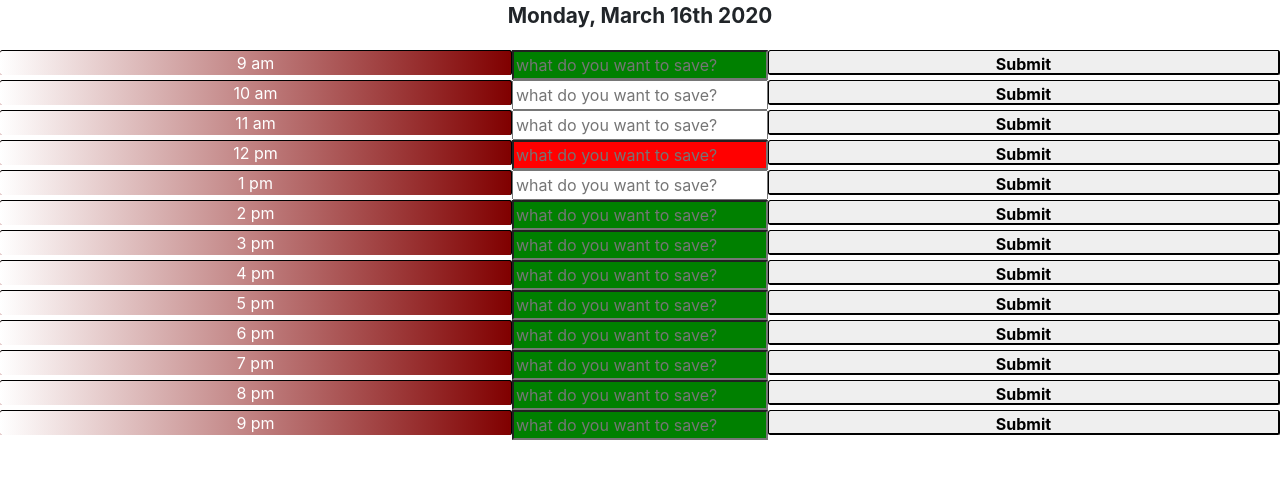
Repository: kkyler24/DayPlanner
Page: Index.html
These files come from the project's save history. The page is drawn as it stood at one moment and after the next save; the edit follows.
The browser window is 1280 px wide. The pictures show the whole page.
Some web libraries are served in a nearby version.

Above is the page before, as saved 2020-03-29 22:21:02.
Console error: ReferenceError: array is not defined

### Index.html
<!DOCTYPE html>
<html lang="en">
<head>
    <meta charset="UTF-8">
    <meta name="viewport" content="width=device-width, initial-scale=1.0">
    <!-- Style Sheets -->
    <link rel="stylesheet" href="https://maxcdn.bootstrapcdn.com/bootstrap/4.0.0/css/bootstrap.min.css" integrity="sha384-Gn5384xqQ1aoWXA+058RXPxPg6fy4IWvTNh0E263XmFcJlSAwiGgFAW/dAiS6JXm" crossorigin="anonymous">
    <link rel="stylesheet" type="text/CSS" href="Assets/todocss/todostyles.css">
    <link rel="stylesheet"  type="text/CSS" href="style.css">
    <title>Planner</title>
</head>
<body>
<Main>

<!--Todolist todo list Set up -->
<Div style="display: none">
<Section>
    <div id="ContainerTodo">
        <H1>Today's To-Do List</H1>
        <input type="text">
        <ul>
            <li><span>X</span> Go to Gym</li>
            <li><span>X</span> Finish H.W</li>
            <li><span>X</span> Take over the World</li>
        </ul>


         </div>
 <!-- calendar set up -->
    <div class="container col-sm-4 col-md-7 col-lg-4 mt-5">
        <div class="card">
            <h3 class="card-header" id="monthAndYear"></h3>
            <table class="table table-bordered table-responsive-md" id="calendar">
                <thead>
                <tr>
                    <th>Sun</th>
                    <th>Mon</th>
                    <th>Tue</th>
                    <th>Wed</th>
                    <th>Thu</th>
                    <th>Fri</th>
                    <th>Sat</th>
                </tr>
                </thead>

                <tbody id="calendar-body">

                </tbody>
            </table>

            <div class="form-inline">

                <button class="btn btn-outline-primary col-sm-6" id="previous" onclick="previous()">Previous</button>

                <button class="btn btn-outline-primary col-sm-6" id="next" onclick="next()">Next</button>
            </div>
            <br/>
            <form class="form-inline">
                <label class="lead mr-2 ml-2" for="month">Jump To: </label>
                <select class="form-control col-sm-4" name="month" id="month" onchange="jump()">
                    <option value=0>Jan</option>
                    <option value=1>Feb</option>
                    <option value=2>Mar</option>
                    <option value=3>Apr</option>
                    <option value=4>May</option>
                    <option value=5>Jun</option>
                    <option value=6>Jul</option>
                    <option value=7>Aug</option>
                    <option value=8>Sep</option>
                    <option value=9>Oct</option>
                    <option value=10>Nov</option>
                    <option value=11>Dec</option>
                </select>


                <label for="year"></label><select class="form-control col-sm-4" name="year" id="year" onchange="jump()">

                <option value=2020>2020</option>
                <option value=2021>2021</option>
                <option value=2022>2022</option>
                <option value=2023>2023</option>
                <option value=2024>2024</option>
                <option value=2025>2025</option>
                <option value=2026>2026</option>
                <option value=2027>2027</option>
                <option value=2028>2028</option>
                <option value=2029>2029</option>
                <option value=2030>2030</option>
                <option value=2030>2030</option>
                <option value=2030>2030</option>
                <option value=2030>2030</option>
                <option value=2030>2030</option>
            </select></form>
        </div>
    </div>
    <!--<button name="jump" onclick="jump()">Go</button>-->
</sectiontwo>

<!-- <----Scheduler -->
</Div>
<div id="date"></div>
<div>
    <form onsubmit="timeSubmit(event)">
    <div class="column-small left">9 am</div>
    <input class="column-large middle" placeholder="what do you want to save?"/>
    <button type="submit" class="column-small right button"><strong>Submit</strong></button>
    </form>
    <form onsubmit="timeSubmit(event)">
    <div class="column-small left">10 am</div>
    <input class="column-large middle" placeholder="what do you want to save?">
    <button class="column-small right button"><strong>Submit</strong></button>
    </form>
    <form onsubmit="timeSubmit(event)">
    <div class="column-small left">11 am</div>
    <input class="column-large middle" placeholder="what do you want to save?">
    <button class="column-small right button"><strong>Submit</strong></button>
    </form>
    <form onsubmit="timeSubmit(event)">
    <div class="column-small left">12 pm</div>
    <input class="column-large middle" placeholder="what do you want to save?">
    <button class="column-small right button"><strong>Submit</strong></button>
    </form>
    <form onsubmit="timeSubmit(event)">
    <div class="column-small left">1 pm</div>
    <input class="column-large middle" placeholder="what do you want to save?">
    <button class="column-small right button"><strong>Submit</strong></button>
    </form>
    <form onsubmit="timeSubmit(event)">
    <div class="column-small left">2 pm</div>
    <input class="column-large middle" placeholder="what do you want to save?">
    <button class="column-small right button"><strong>Submit</strong></button>
    </form>
    <form onsubmit="timeSubmit(event)">
    <div class="column-small left">3 pm</div>
    <input class="column-large middle" placeholder="what do you want to save?">
    <button class="column-small right button"><strong>Submit</strong></button>
    </form>
    <form onsubmit="timeSubmit(event)">
    <div class="column-small left">4 pm</div>
    <input class="column-large middle" placeholder="what do you want to save?">
    <button class="column-small right button"><strong>Submit</strong></button>
    </form>
    <form onsubmit="timeSubmit(event)">
    <div class="column-small left">5 pm</div>
    <input class="column-large middle" placeholder="what do you want to save?">
    <button class="column-small right button"><strong>Submit</strong></button>
    </form>
    <form onsubmit="timeSubmit(event)">
    <div class="column-small left">6 pm</div>
    <input class="column-large middle" placeholder="what do you want to save?">
    <button class="column-small right button"><strong>Submit</strong></button>
    </form>
    <form onsubmit="timeSubmit(event)">
    <div class="column-small left">7 pm</div>
    <input class="column-large middle" placeholder="what do you want to save?">
    <button class="column-small right button"><strong>Submit</strong></button>
    </form>
    <form onsubmit="timeSubmit(event)">
    <div class="column-small left">8 pm</div>
    <input class="column-large middle" placeholder="what do you want to save?">
    <button class="column-small right button"><strong>Submit</strong></button>
    </form>
    <form onsubmit="timeSubmit(event)">
    <div class="column-small left">9 pm</div>
    <input class="column-large middle" placeholder="what do you want to save?">
    <button class="column-small right button"><strong>Submit</strong></button>
    </form>
      </div>

    </Div>
</Div>

</Main>

<script src="https://code.jquery.com/jquery-3.2.1.slim.min.js" integrity="sha384-KJ3o2DKtIkvYIK3UENzmM7KCkRr/rE9/Qpg6aAZGJwFDMVNA/GpGFF93hXpG5KkN" crossorigin="anonymous"></script>
<script src="https://cdnjs.cloudflare.com/ajax/libs/popper.js/1.12.9/umd/popper.min.js" integrity="sha384-ApNbgh9B+Y1QKtv3Rn7W3mgPxhU9K/ScQsAP7hUibX39j7fakFPskvXusvfa0b4Q" crossorigin="anonymous"></script>
<script src="https://maxcdn.bootstrapcdn.com/bootstrap/4.0.0/js/bootstrap.min.js" integrity="sha384-JZR6Spejh4U02d8jOt6vLEHfe/JQGiRRSQQxSfFWpi1MquVdAyjUar5+76PVCmYl" crossorigin="anonymous"></script>
<script <script src="https://cdnjs.cloudflare.com/ajax/libs/moment.js/2.24.0/moment.min.js"></script>
<script type="text/javascript" src="javascript.js"></script>
<script type="text/javascript" src="Assets/todo JS/todo.js"></script>
</body>
</html>

### Assets/todocss/todostyles.css
/* #ContainerTodo{
  border: 2px solid teal ;
  border-radius:10px ;
  width: 400px;
  margin-top:3rem;
  margin-left:200px ;
  float: left;

} */


Planner

.past{
  background-color: grey;
}
.present {
  background-color: red;
}
.future {
  background-color: green;
}
.column-small {
  flex-grow: 1;
  display: inline-block;
  text-align: center;
  height: 25px;
  width: 25px;
  border-top: 1px solid black;
  border-radius: 2.5px;
}
.column-large {
  flex-grow: 10;
  display: inline-block;
  text-align: center;
}
.left {
  border-right: 1px solid black;
  background-color: maroon;
  color: white;
  background-image: linear-gradient(to right, white, maroon);
}
.right {
  border-left: 1px solid black;
  cursor: pointer;
}
.middle {
  border-bottom: 1px solid black;
  background-color: beige;
}
#date {
  margin: auto;
  text-align: center;
  height: 50px;
  width: 50%;
  font-weight: bold;
  font-size: 1.3em;
}
form {
  display: flex;
}

### style.css
/* .container{
    margin-right: 150px;
    margin-top: 3rem;
    float: left;
    border: 2px solid teal;
    border-radius: 10px;
} */

### javascript.js
let today = new Date();
let currentMonth = today.getMonth();
let currentYear = today.getFullYear();
let selectYear = document.getElementById("year");
let selectMonth = document.getElementById("month");


let months = ["January", "February", "March", "April", "May", "June", "July", "August", "September", "October", "November", "December"];

let monthAndYear = document.getElementById("monthAndYear");
showCalendar(currentMonth, currentYear);

function showCalendar(month, year){

    let firstDay =(new Date(year, month)).getDay();
    let daysInMonth = 32- new Date(year, month, 32).getDate();

    // -->body of the Calendar<--
    let tbl = document.getElementById("calendar-body");


// -->clear previous cells, for new month<--
    tbl.innerHTML="";

    monthAndYear.innerHTML= months[months]+" "+ year;

    // --> create cells for Calendar<--
    let date = 1;
    for(let i = 0; i < 6; i++){
        let row  = document.createElement("tr");
        // --> creating table rows. not really sure about the 6 part. inquire why you need a 6 and not a 7-->

        // creating indivdual cells, and putting data in them.

        for(let j = 0; j < 7; j++){
            if(i===0 && j< firstDay){
                let cell = document.createElement("td");
                let cellText = document.createTextNode("");
                cell.appendChild(cellText);
                row.appendChild(cell);
            }
            else if(date > daysInMonth)
             { break;

        }
        else {
            let cell = document.createElement("td");
            let cellText = document.createTextNode(date);
            if(date ===today.getDate() && year === today.getFullYear() && month === today.getMonth()){
                cell.classList.add
                // --> bootstrap colors, try to get a wider variety of colors <--
                ("bg-info");
            }
            cell.appendChild(cellText);
            row.appendChild(cell);


        }
        date++;

        }

        tbl.appendChild(row);

    }

}

function previous(){
    currentYear =( currentMonth === 0)? currentYear -1 : currentYear;
    currentMonth = currentMonth === 0? 11:currentMonth-1;
    showCalendar(currentMonth, currentYear);
}

function next(){
    currentYear = (currentMonth ===11)? currentYear + 1: currentYear;
    currentMonth = (currentMonth + 1) % 12;
    showCalendar (currentMonth, currentYear);

}
// To do list set up

### Assets/todo JS/todo.js
// check off to do list items and change colors for different stages// in progress<--
$("li").dblclick(function () {
        if($(this).css("color") === "rgb(11, 209, 170)"){
            $(this).css({
                color: "gray",
                textDecoration: "line-through"
            });
        }
        else{
            $(this).css({
            color: "rgb(11, 209, 170)",
            textDecoration: "none",
            fontWeight: "bold"
        });
    }
});

$("li").click(function () {
    // if Li is grey how do we change it back to black?
    if($(this).css("color") === "rgb(128, 128, 128)"){
        $(this).css({
            color: "black",
            textDecoration: "none"
        });
    }
    else{
        $(this).css({
        color: "gray",
        textDecoration: "line-through"
    });
}
});

// --->planner<--

var date = document.getElementById("date");
var dateOfMonth = moment().date(String).local().format("dddd, MMMM Do YYYY");
var presentTime;
date.append(dateOfMonth);
var dataInput;
var key = new Object();
var newElement;
function timeSubmit(evt){
    evt.preventDefault();
    dataInput = evt.target.children[1].value;
    key[evt.target.children[0].innerText] = dataInput;
    localStorage.setItem(evt.target.innerText, dataInput);
    console.log(key);
}
var left = document.getElementsByClassName("left");
var timeArray = [...document.querySelectorAll('.left')];
var input = [...document.querySelectorAll('.middle')];

var presentTime = moment().format('h');

timeArray.forEach(function(element){
    var time = $(element);
    var times = time.siblings()[0];
    var text = time.html();
    if (text.length === 4){
        text = text.slice(0,1);
    } else if
    (text.length === 5){
        text = text.slice(0,2);
    }
    if (text > presentTime){
        times.setAttribute("class", "future");
    } else if (text < presentTime){
        times.setAttribute("class", "past");
    } else if (text === presentTime){
        times.setAttribute("class", "present");
    }
})
array.forEach(function(element){
    var text = element.innerHTML;
    if (text.length === 4){
        text = text.slice(0,1);
    } else if
    (text.length === 5){
        text = text.slice(0,2);
    }
    if (text > presentTime){

    }
})
var text;
var textArr = [];
for (var i = 0; i < left.length; i++){
    text = left[i].innerHTML;
    if (text.length === 4){
        text = text.slice(0,1);
    } else if
    (text.length === 5){
        text = text.slice(0,2);
    }
    textArr.push(text);
}
presentTime = moment().format('hmm');
textArr.forEach(function(element){
    newElement = element.concat("00");
    console.log(newElement);
})


textArr.forEach(function(time){
    if(presentTime > time){

    }
})

After the next save:
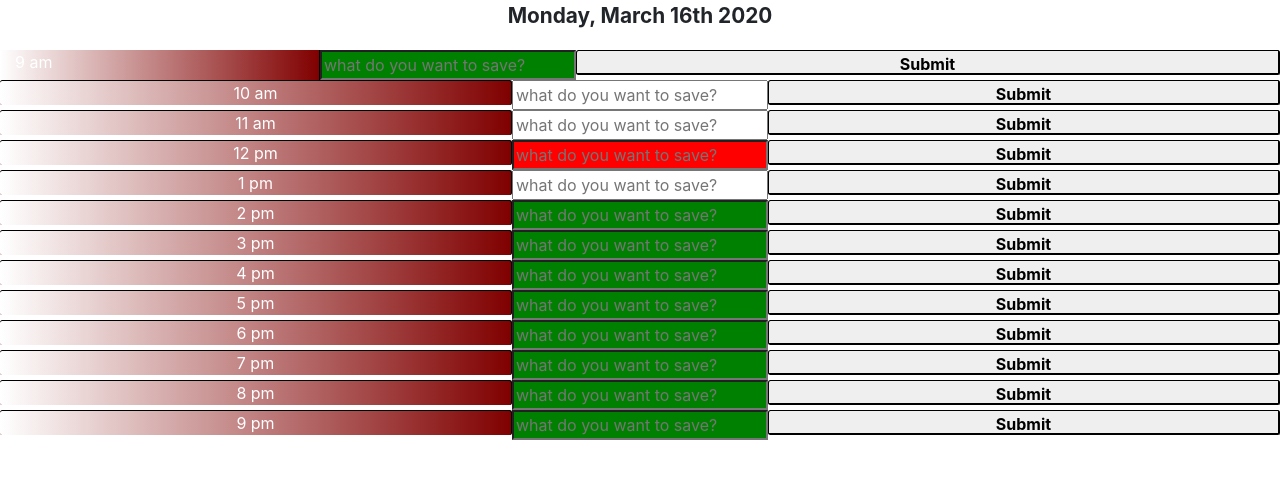
Saved 2 min 24 s later.
--- a/Index.html
+++ b/Index.html
@@ -101,8 +101,8 @@
 <div id="date"></div>
 <div>
     <form onsubmit="timeSubmit(event)">
-    <div class="column-small left">9 am</div>
-    <input class="column-large middle" placeholder="what do you want to save?"/>
+    <div class="col-3 left">9 am</div>
+    <input class="col-lg-4 middle" placeholder="what do you want to save?"/>
     <button type="submit" class="column-small right button"><strong>Submit</strong></button>
     </form>
     <form onsubmit="timeSubmit(event)">
